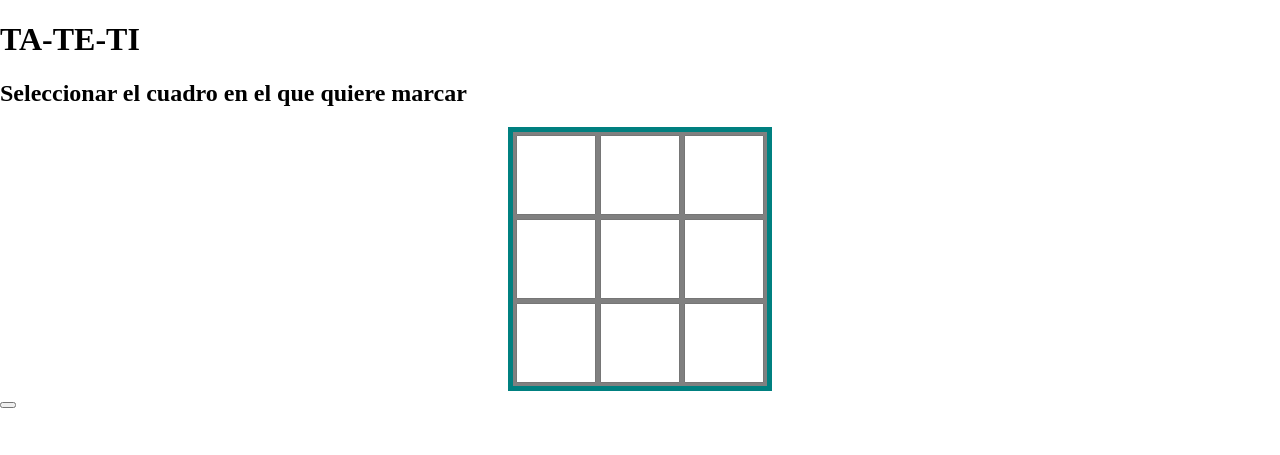
Repository: Lean97-start/TATETI
Page: Tateti.html
An editor plug-in stored every save of this project. The page is shown before and after the next save, followed by the edit.
The browser window is 1280 px wide. The pictures show the whole page.

Above is the page before, as saved 2021-03-30 12:47:44.

### Tateti.html
<!DOCTYPE html>
<html lang="en">
<head>
    <meta charset="UTF-8">
    <link rel="stylesheet" type="text/css" href="Tateti.css">
    <link rel="stylesheet" href="Tateti.js">
    <link rel="stylesheet" type="text/css" href="https://necolas.github.io/normalize.css/8.0.1/normalize.css">
    <title>TATETI</title>
</head>
<body>
    <H1>TA-TE-TI</H1>
    <H2>Seleccionar el cuadro en el que quiere marcar</H3>

        <table class="cuadro">
            <tr>
                <td><input type="text" class="entradas"></td>
                <td><input type="text" class="entradas"></td>
                <td><input type="text" class="entradas"></td>
            </tr>
            <tr>
                <td><input type="text" class="entradas"></td>
                <td><input type="text" class="entradas"></td>
                <td><input type="text" class="entradas"></td>
            </tr>
            <tr>
                <td><input type="text" class="entradas"></td>
                <td><input type="text" class="entradas"></td>
                <td><input type="text" class="entradas"></td>
            </tr>
        </table>


    <button class="botones" type="button" ><script src="Tateti.js"></script></button>
</body>
</html>

### Tateti.css

.cuadro{
    border: 5px teal solid;
    background: grey;
    position: relative;
    height: 250px;
    width: 250px;
    margin: auto;
}
.entradas{
    height: 80px;
    width: 80px;
    box-sizing: border-box;

}

### Tateti.js
let var1, var2, var3,var4, var5,var6 = undefined
alert("Hola")
function boton_jugar (){

}

After the next save:
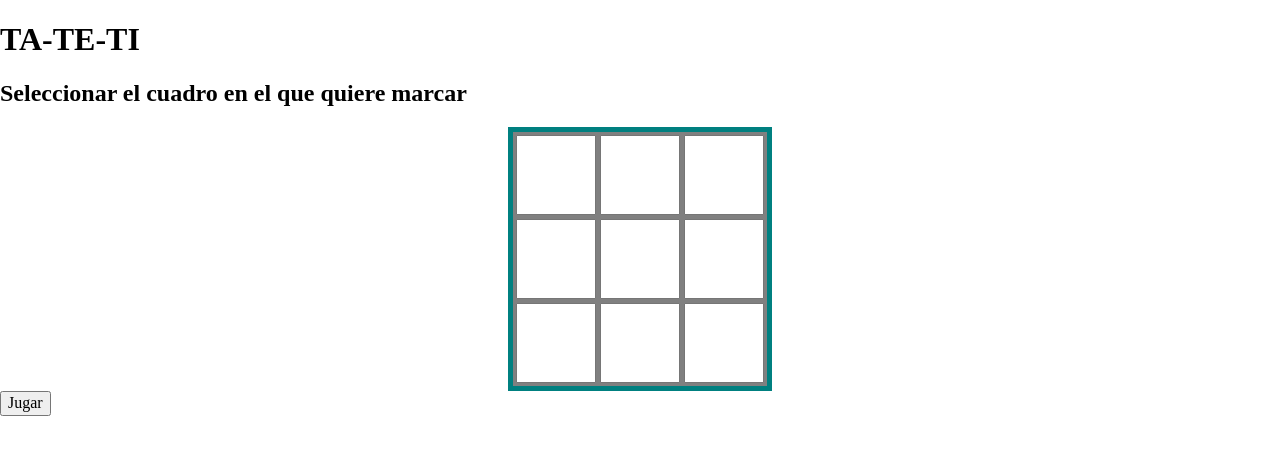
Saved 4 s later.
--- a/Tateti.html
+++ b/Tateti.html
@@ -30,6 +30,6 @@
         </table>
 
 
-    <button class="botones" type="button" ><script src="Tateti.js"></script></button>
+    <button class="botones" type="button" ><script src="Tateti.js"></script>Jugar</button>
 </body>
 </html>
